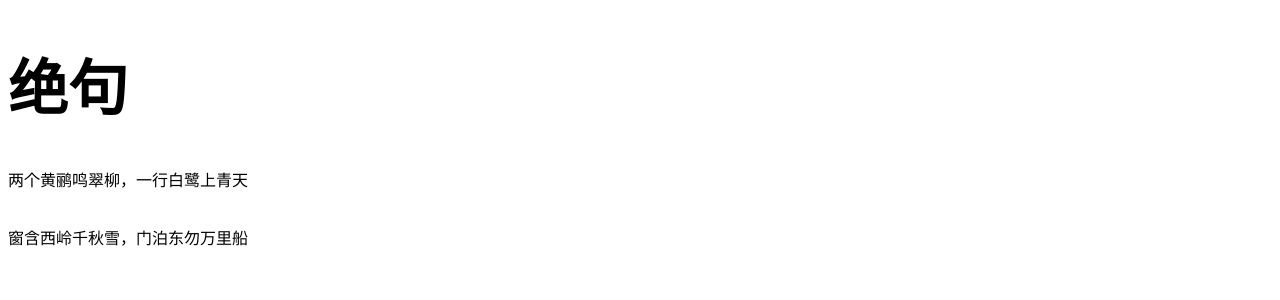
Repository: ljx1197678031/Wed-Design
Page: 01/3.html
The author's editor kept a copy of each file at every save. The page is drawn from the files as they stood at one save, then again after a run of saves.
The browser window is 1280 px wide. The pictures show the whole page.

Above is the page before, as saved 2020-05-30 14:40:36.

### 01/3.html
<!DOCTYPE html>
<html lang="en">
<head>
    <meta charset="UTF-8">
    <meta name="viewport" content="width=device-width, initial-scale=1.0">
    <title>Document</title>
    <style>
        h1{
            font-family: "仿宋";
            font-size: 60px;
        }
        p{
            font-family: "微软雅黑";
            font-size: ;
        }
    </style>
</head>
<body>
    <h1>绝句</h1>
    <p>两个黄鹂鸣翠柳，一行白鹭上青天</p>
    <br/>窗含西岭千秋雪，门泊东勿万里船
    </p>
</body>
</html>

After the next 3 saves:
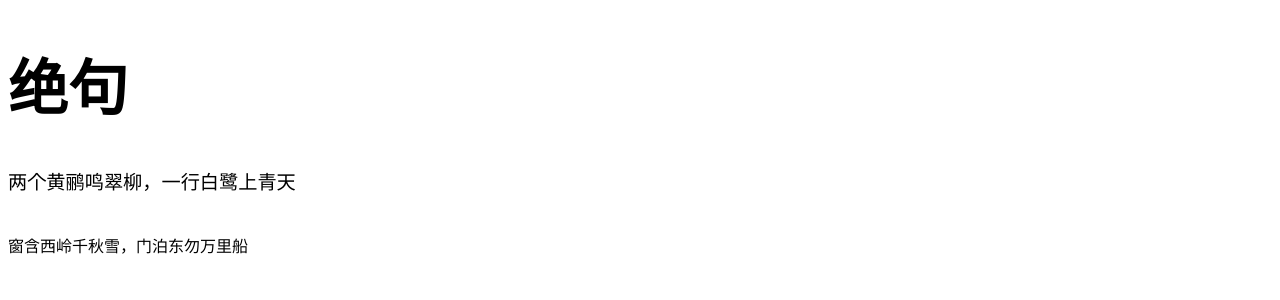
The 3 saves are shown as one change because they came seconds apart.
The last was saved 8 s later.
--- a/01/3.html
+++ b/01/3.html
@@ -11,7 +11,8 @@
         }
         p{
             font-family: "微软雅黑";
-            font-size: ;
+            font-size: larger;
+            font
         }
     </style>
 </head>
